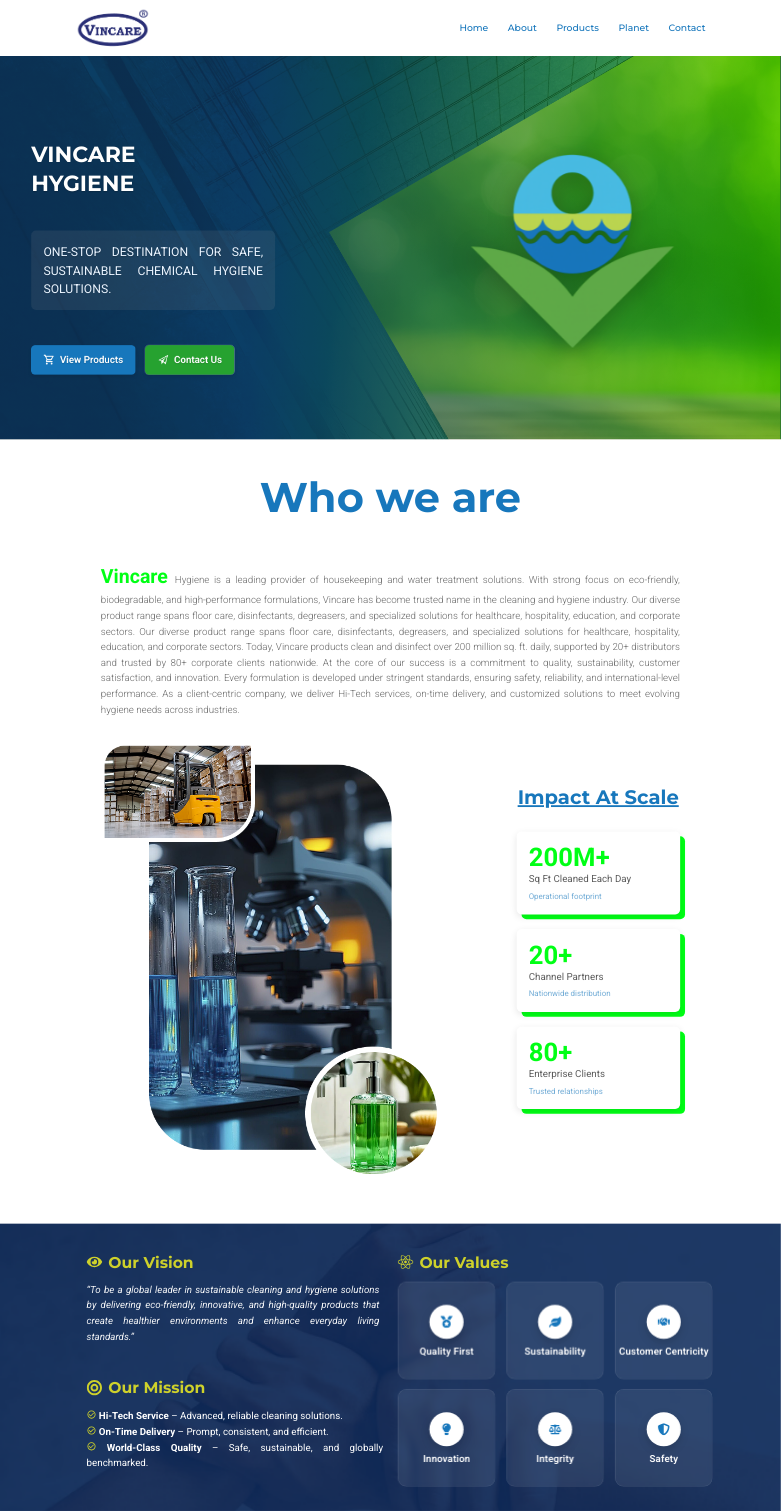
Repository: Yeshwanth-189/vincare
Page: / (app in vincare-frontend/)
An editor plug-in stored every save of this project. The page is shown before and after the next save, followed by the edit.
The browser window is 1280 px wide. The pictures show the whole page, at 61% of full size.
The project was rebuilt for these pictures with package versions that can differ from the ones it lists, and the page was loaded fresh each time. Also part of the build but not shown: vincare-frontend/vite.config.js.

Above is the page before, as saved 2025-09-20 18:49:32.

### vincare-frontend/index.html
<!DOCTYPE html>
<html lang="en">
  <head>
    <meta charset="UTF-8" />
    <link rel="preconnect" href="https://fonts.googleapis.com" />
    <link rel="preconnect" href="https://fonts.gstatic.com" crossorigin />
    <link rel="icon" type="image/svg+xml" href="/Vincare-Logo.png" />
    <link
      href="https://fonts.googleapis.com/css2?family=Lato:ital,wght@0,100;0,300;0,400;0,700;0,900;1,100;1,300;1,400;1,700;1,900&family=Montserrat:ital,wght@0,100..900;1,100..900&family=Roboto:ital,wght@0,100..900;1,100..900&display=swap"
      rel="stylesheet"
    />
    <meta name="viewport" content="width=device-width, initial-scale=1.0" />
    <title>Vincare Hygiene</title>
  </head>
  <body>
    <div id="root"></div>
    <script type="module" src="/src/main.jsx"></script>
  </body>
</html>

### vincare-frontend/src/App.jsx
import "./App.css";
import Vincare from "./components/Vincare";
import { BrowserRouter as Router, Routes, Route } from "react-router-dom";

function App() {
  return (
    <>
      <Router>
        <Routes>
          <Route path="/" element={<Vincare />} />
        </Routes>
      </Router>
    </>
  );
}

export default App;

### vincare-frontend/src/App.css
:root {
  /* Brand Colors */
  --color-primary: #1777bc; /* Dark Navy Blue */
  --color-secondary: rgb(0, 255, 21); /* Professional Light Blue */

  /* Backgrounds */
  --color-bg: #ffffff;
  --color-bg-light: #f5f5f5;

  /* Neutral Grays */
  --color-gray-dark: #333333;
  --color-gray-mid: #666666;
  --color-gray-light: #f5f5f5;

  /* Status Colors */
  --color-success: #2e7d32;
  --color-warning: #ed6c02;
  --color-error: #d32f2f;

  /* Typography */
  --font-heading: "Montserrat", serif;
  --font-body: "Roboto", sans-serif;

  /* Font Sizes (scalable for responsive design) */
  --text-h1: 2.5rem;
  --text-h2: 2rem;
  --text-h3: 1.5rem;
  --text-body: 1rem;
  --text-small: 0.875rem;

  /* Spacing (consistent padding/margin system) */
  --space-xs: 4px;
  --space-sm: 8px;
  --space-md: 16px;
  --space-lg: 24px;
  --space-xl: 32px;

  /* Border Radius */
  --radius-sm: 4px;
  --radius-md: 8px;
  --radius-lg: 16px;

  /* Shadows */
  --shadow-sm: 0 1px 2px rgba(0, 0, 0, 0.05);
  --shadow-md: 0 4px 6px rgba(0, 0, 0, 0.1);
  --shadow-lg: 0 10px 15px rgba(0, 0, 0, 0.15);
}

html,
body {
  margin: 0;
  padding: 0;
}
* {
  box-sizing: border-box;
}
/* Base Typography */
body {
  font-family: var(--font-body);
  font-size: var(--text-body);
  color: var(--color-gray-dark);
  background-color: var(--color-bg);
  margin: 0;
  padding: 0;
}

h1,
h2,
h3,
h4,
h5,
h6 {
  font-family: var(--font-heading);
  color: var(--color-primary);
  margin: 0 0 var(--space-md);
}

p {
  margin: 0 0 var(--space-md);
  color: var(--color-gray-mid);
}

### vincare-frontend/src/components/Vincare.jsx
import React from "react";
import NavBar from "../components/Navbar";
import Hero from "../components/Hero";
import About from "../components/About";
// import Services from "../components/Services";
// import Projects from "../components/Projects";
// import Courses from "../components/Courses";
// import Blogs from "../components/Blogs";
// import Contact from "../components/Contact";
// import Footer from "../components/Footer";

function Vincare() {
  return (
    <>
      <NavBar />
      <section id="home">
        <Hero />
      </section>
      <section id="about">
        <About />
      </section>
      {/* <section id="services">
        <Services />
      </section>
      <section id="courses">
        <Courses />
      </section>
      <section id="projects">
        <Projects />
      </section>
      <section id="blogs">
        <Blogs />
      </section>
      <section id="contact">
        <Contact />
      </section>
      <Footer /> */}
    </>
  );
}

export default Vincare;

### vincare-frontend/src/components/Navbar.jsx
import React, { useState } from "react";
import { Link as ScrollLink } from "react-scroll";
import "../styles/Navbar.css";
import VincareLogo from "../assets/Vincare-Logo.png";
import VincareWordLogo from "../assets/Vincare-Word-Logo.png";

function Navbar() {
  const [isOpen, setIsOpen] = useState(false);

  return (
    <nav className="navbar">
      <div className="navbar-grid">
        <div className="col-1" />

        <div className="col-2to11 navbar-content">
          <div className="navbar-logo">
            <img
              alt="logo"
              className="navbar-word-logo-image"
              src={VincareWordLogo}
            />
            <div className="hamburger" onClick={() => setIsOpen(!isOpen)}>
              <span className={isOpen ? "bar rotate-top" : "bar"}></span>
              <span className={isOpen ? "bar fade" : "bar"}></span>
              <span className={isOpen ? "bar rotate-bottom" : "bar"}></span>
            </div>
          </div>

          {/* Smooth Scrolling Links */}
          <div className={`navbar-links ${isOpen ? "open" : ""}`}>
            <ScrollLink
              to="home"
              smooth={true}
              duration={700}
              onClick={() => setIsOpen(false)}
            >
              Home
            </ScrollLink>
            <ScrollLink
              to="about"
              smooth={true}
              duration={700}
              onClick={() => setIsOpen(false)}
            >
              About
            </ScrollLink>
            <ScrollLink
              to="services"
              smooth={true}
              duration={700}
              onClick={() => setIsOpen(false)}
            >
              Products
            </ScrollLink>
            <ScrollLink
              to="courses"
              smooth={true}
              duration={700}
              onClick={() => setIsOpen(false)}
            >
              Planet
            </ScrollLink>
            <ScrollLink
              to="contact"
              smooth={true}
              duration={700}
              onClick={() => setIsOpen(false)}
            >
              Contact
            </ScrollLink>
          </div>
        </div>

        <div className="col-12" />
      </div>
    </nav>
  );
}

export default Navbar;

### vincare-frontend/src/components/Hero.jsx
import React from "react";
// eslint-disable-next-line no-unused-vars
import { motion } from "framer-motion";
import "../styles/hero.css";
import HeroBg from "../assets/hero-of-bg.png";
import SideImage from "../assets/Vincare-Logo.png";
import { IoMdPaperPlane } from "react-icons/io";
import { MdOutlineShoppingCart } from "react-icons/md";

/**
 * Props:
 * - title       (string)
 * - subtitle    (string)
 * - text        (string)
 * - primaryCta  ({ label: string, onClick?: fn, href?: string })
 * - secondaryCta({ label: string, onClick?: fn, href?: string })
 * - bgImage     (string) // URL for hero background image
 */
export default function Hero({
  title = "VINCARE",
  subtitle = "HYGIENE",
  text = "ONE-STOP DESTINATION FOR SAFE, SUSTAINABLE CHEMICAL HYGIENE SOLUTIONS.",
  primaryCta = { label: "View Products", href: "#" },
  secondaryCta = { label: "Contact Us", href: "#" },
  bgImage = HeroBg,
  sideImage = SideImage,
}) {
  // animation variants
  const container = {
    hidden: { opacity: 0 },
    show: {
      opacity: 1,
      transition: { staggerChildren: 0.12, delayChildren: 0.15 },
    },
  };

  const riseUp = {
    hidden: { opacity: 0, y: 24 },
    show: {
      opacity: 1,
      y: 0,
      transition: { type: "spring", stiffness: 90, damping: 14 },
    },
  };

  const slideIn = {
    hidden: { opacity: 0, x: -24 },
    show: {
      opacity: 1,
      x: 0,
      transition: { type: "spring", stiffness: 90, damping: 16 },
    },
  };

  const fadeIn = {
    hidden: { opacity: 0 },
    show: { opacity: 1, transition: { duration: 0.35 } },
  };

  return (
    <section
      className="hero"
      style={{ ["--hero-bg-image"]: `url(${bgImage})` }}
      aria-label="Intro"
    >
      <div className="hero__inner">
        {/* Column 1 & 12 are gutters by layout rules in CSS */}
        <motion.div
          className="hero__content"
          variants={container}
          initial="hidden"
          animate="show"
        >
          <motion.h1 className="hero__title" variants={riseUp}>
            {title}
          </motion.h1>

          <motion.h1 className="hero__title" variants={fadeIn}>
            {subtitle}
          </motion.h1>

          <motion.p className="hero__text" variants={slideIn}>
            {text}
          </motion.p>

          <motion.div className="hero__actions" variants={fadeIn}>
            {primaryCta?.href ? (
              <a className="btn btn--primary" href={primaryCta.href}>
                <MdOutlineShoppingCart className="btn__icon" />
                {primaryCta.label}
              </a>
            ) : (
              <button
                className="btn btn--primary"
                onClick={primaryCta?.onClick}
              >
                <MdOutlineShoppingCart className="btn__icon" />
                {primaryCta.label}
              </button>
            )}

            {secondaryCta?.href ? (
              <a className="btn btn--ghost" href={secondaryCta.href}>
                <IoMdPaperPlane className="btn__icon" />
                {secondaryCta.label}
              </a>
            ) : (
              <button
                className="btn btn--ghost"
                onClick={secondaryCta?.onClick}
              >
                <IoMdPaperPlane className="btn__icon" />
                {secondaryCta.label}
              </button>
            )}
          </motion.div>
        </motion.div>
        <motion.div className="hero__visual">
          <motion.img
            src={sideImage}
            alt="Illustration"
            className="hero__visual-img"
            initial={{ rotateY: 0 }}
            animate={{ rotateY: 1080 }}
            transition={{ duration: 1.2, ease: "easeOut" }}
          />
        </motion.div>
      </div>
    </section>
  );
}

### vincare-frontend/src/styles/Navbar.css
.navbar {
  position: fixed;
  width: 100%;
  background-color: var(--color-bg);
  z-index: 999;
  padding: 1% 0 1%;
}

.navbar-grid {
  display: grid;
  grid-template-columns: repeat(12, 1fr);
  align-items: center;
  max-width: 1400px;
  margin: 0 auto;
  padding: 0 20px;
}

.col-1 {
  grid-column: 1 / 2;
}

.col-2to11 {
  grid-column: 2 / 12;
  display: flex;
  justify-content: space-between;
  align-items: center;
}

.col-12 {
  display: none;
}

/* Left: Logo */
.navbar-logo {
  font-family: "Montserrat", serif;
  font-size: 1.3rem;
  color: var(--color-primary);
  display: flex;
  justify-content: flex-start;
  align-items: flex-start;
  width: 100%;
}

.navbar-logo-image {
  width: 8%;
}
.navbar-word-logo-image {
  width: 20%;
}
.primary {
  color: #0a2540;
}

.secondary {
  color: #51ba31;
}

/* Right: Links */
.navbar-links {
  display: flex;
  gap: 32px;
  font-family: "Montserrat", serif;
  font-size: 0.95rem;
}

.navbar-links a {
  color: var(--color-primary);
  text-decoration: none;
  transition: color 0.3s ease;
  position: relative;
}

.navbar-links a:hover {
  color: var(--color-secondary);
  cursor: pointer;
}

.navbar-links a::after {
  content: "";
  display: block;
  height: 2px;
  width: 0;
  background-color: var(--color-secondary);
  transition: width 0.3s ease;
  position: absolute;
  bottom: -4px;
  left: 0;
}

.navbar-links a:hover::after {
  width: 100%;
}
.hamburger {
  display: none;
  flex-direction: column;
  justify-content: center;
  align-items: flex-end;
  gap: 5px;
  margin-left: auto;
  cursor: pointer;
  z-index: 1000;
}

.bar {
  width: 22px;
  height: 3px;
  background-color: #0a2540;
  transition: all 0.3s ease;
}

.rotate-top {
  transform: rotate(45deg) translateY(8px);
}

.fade {
  opacity: 0;
}

.rotate-bottom {
  transform: rotate(-45deg) translateY(-8px);
}

/* Responsive */
@media screen and (max-width: 768px) {
  .navbar-grid {
    grid-template-columns: 1fr;
  }

  .col-2to11 {
    flex-direction: column;
    gap: 14px;
    grid-column: span 12;
  }

  .navbar-logo {
    font-size: 1.1rem;
  }

  .navbar-logo-image {
    width: 10%;
    padding-top: 3%;
  }

  .navbar-word-logo-image {
    width: 20%;
    padding-top: 3%;
    padding-bottom: 3%;
  }

  .navbar-links {
    flex-direction: column;
    gap: 12px;
  }
  @media screen and (max-width: 768px) {
    .hamburger {
      margin-top: 5%;
      display: flex;
    }
    .navbar {
      top: 0;
      border-bottom: 1px solid #0a2540;
    }

    .navbar-links {
      display: none;
      flex-direction: column;
      gap: 16px;
      margin-top: 1rem;
      width: 100%;
    }

    .navbar-links.open {
      display: flex;
      animation: fadeIn 0.3s ease-in-out;
    }
  }

  @keyframes fadeIn {
    from {
      opacity: 0;
      transform: translateY(-10px);
    }
    to {
      opacity: 1;
      transform: translateY(0);
    }
  }
}

### vincare-frontend/src/styles/Hero.css
.hero {
  /* Full width + viewport height hero */
  position: relative;
  width: 100%;
  min-height: clamp(720px, 70vh, 860px);
  display: grid;
  align-items: center;
  padding-top: 10%;

  /* Layered background: gradient + full-cover image */
  --gradient: linear-gradient(
    90deg,
    #134e89a5 32%,
    rgba(30, 255, 0, 0.449) 99%
  );
  --bg-image: var(--hero-bg-image, url(""));

  background-image: var(--gradient), var(--bg-image);
  background-size: cover, cover;
  background-position: center, center;
  background-repeat: no-repeat, no-repeat;
  /* A subtle dark overlay for legibility (tweak if needed) */
  box-shadow: inset 0 0 0 100vmax rgba(0, 0, 0, 0.12);
  overflow: hidden;
}

/* 12-column grid container inside the hero */
.hero__inner {
  width: min(1200px, 92vw);
  margin-inline: auto;
  display: grid;
  grid-template-columns: repeat(12, minmax(0, 1fr));
  column-gap: 16px;
  row-gap: 16px;
  padding: clamp(24px, 4vw, 48px) 0;
}

/* Content from columns 2–7 (1 and 12 are gutters) */
.hero__content {
  grid-column: 1 / 7; /* spans columns 2..7 inclusive */
  color: #fff; /* ensure readability over image/gradient */
  text-shadow: 0 1px 2px rgba(0, 0, 0, 0.2);
}

.hero__visual {
  grid-column: 8 / 12; /* spans 8,9,10,11 */
  display: grid;
  align-items: center;
  justify-items: center;
  padding: 8px;
}

.hero__visual-img {
  width: 100%;
  height: auto;
  object-fit: contain; /* no cropping */
  filter: drop-shadow(0 10px 20px rgba(0, 0, 0, 0.25));
  user-select: none;
  pointer-events: none;
}

.hero__title {
  font-family: var(--font-heading);
  font-size: clamp(2rem, 3.5vw + 0.5rem, 2.25rem);
  line-height: 1.1;
  margin: 0 0 var(--space-sm);
  color: #fff; /* override heading default color for contrast */
}

.hero__text {
  display: block; /* Make it a block element */
  max-width: 400px; /* Control width so it forms a block */
  margin: 10% 0% 10% 0%; /* Center horizontally with auto */
  padding: 20px; /* Add spacing inside */
  font-family: "Roboto", sans-serif; /* Use a clean, readable font */
  font-size: clamp(1rem, 2.5vw + 0.5rem, 1.25rem);
  background: rgba(
    154,
    154,
    154,
    0.126
  ); /* Optional background to see the block */
  color: #eaf4ff;
  text-align: justify; /* Justify text */
  border-radius: 8px; /* Optional rounded edges */
}
/* Actions (two buttons) */
.hero__actions {
  display: flex;
  gap: var(--space-md);
  flex-wrap: wrap;
}

.btn {
  appearance: none;
  border: 0;
  cursor: pointer;
  font: inherit;
  padding: 12px 18px;
  border-radius: 5px;
  box-shadow: var(--shadow-md);
  transition: transform 180ms ease, box-shadow 180ms ease, opacity 180ms ease;
  text-decoration: none;
  justify-content: center;
  will-change: transform;
  display: inline-flex; /* Align icon + text */
  align-items: center;
  gap: 8px; /* space between icon and text */
  padding: 0.75rem 1.25rem;
  border-radius: 6px;
  font-weight: 600;
  cursor: pointer;
  text-decoration: none;
}

.btn__icon {
  font-size: 1.2em; /* Adjust size */
}

.btn:hover {
  transform: translateY(-1px);
  box-shadow: var(--shadow-lg);
  border: 1px solid rgb(255, 255, 255);
  color: #fff;
}

.btn:active {
  transform: translateY(0);
  box-shadow: var(--shadow-sm);
}

.btn--primary {
  background: var(--color-primary);
  color: #fff;
}

.btn--ghost {
  background: rgb(38, 162, 48);
  color: #fff;
  outline: 1px solid rgba(255, 255, 255, 0.25);
}

/* ------- Responsive ------- */
@media (max-width: 900px) {
  .hero__content {
    grid-column: 2 / 12; /* let content breathe on medium screens */
  }
}

@media (max-width: 640px) {
  .hero__inner {
    width: 92vw;
    grid-template-columns: repeat(12, minmax(0, 1fr));
    row-gap: 12px;
    padding-top: 10%;
  }

  .hero__text {
    font-size: clamp(0.75rem, 1.5vw + 0.5rem, 1.75rem);
  }

  .hero__content {
    grid-column: 2 / 12; /* gutters stay, content fills */
  }

  .hero {
    min-height: 70vh;
  }

  .hero__actions .btn {
    width: 100%;
    justify-content: center;
  }
}

Loaded but not shown: vincare-frontend/src/main.jsx (common file); vincare-frontend/src/index.css (common file); vincare-frontend/src/components/About.jsx (277 lines, source omitted); vincare-frontend/src/styles/About.css (396 lines, source omitted)

After the next save:
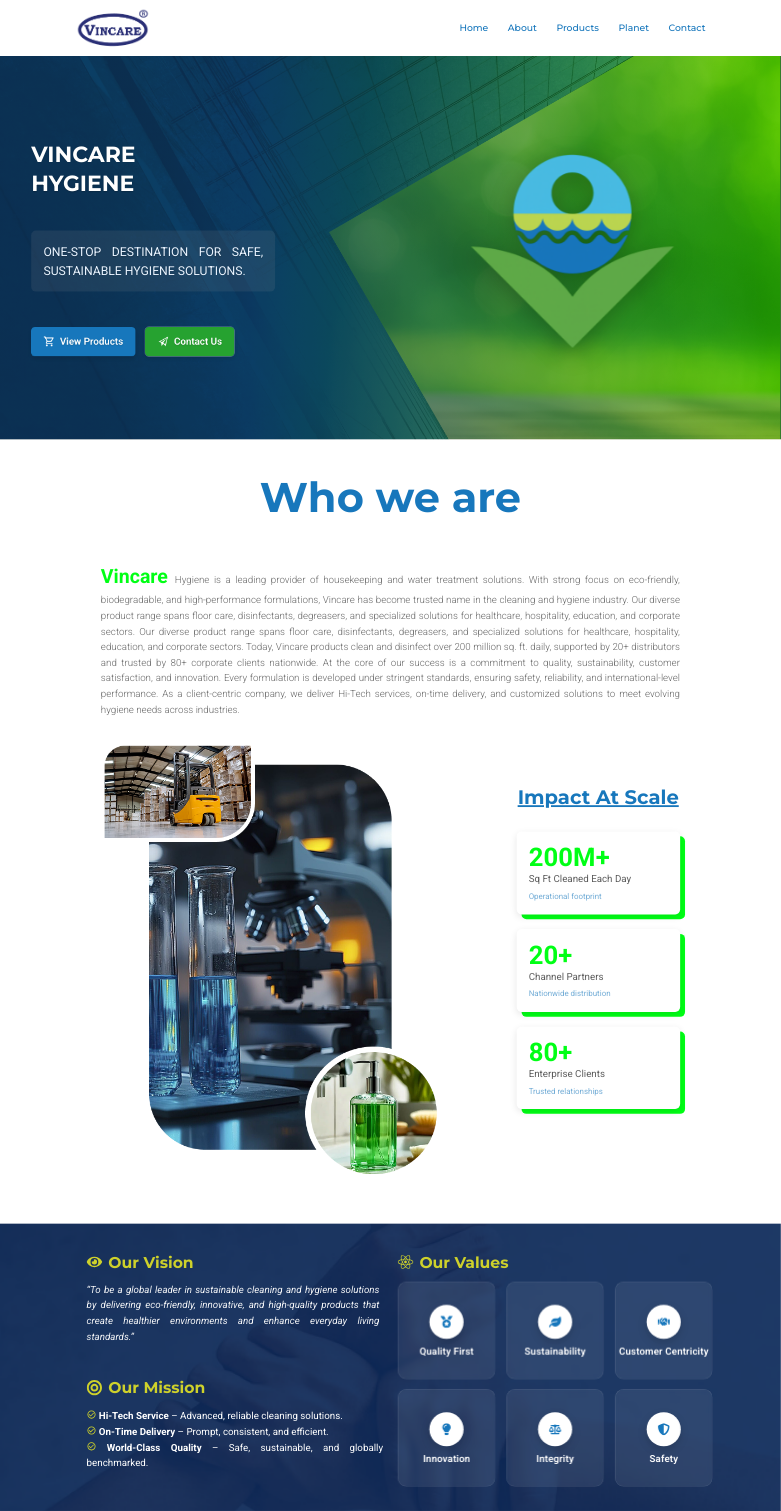
Saved 29 s later.
--- a/vincare-frontend/src/components/Hero.jsx
+++ b/vincare-frontend/src/components/Hero.jsx
@@ -19,7 +19,7 @@
 export default function Hero({
   title = "VINCARE",
   subtitle = "HYGIENE",
-  text = "ONE-STOP DESTINATION FOR SAFE, SUSTAINABLE CHEMICAL HYGIENE SOLUTIONS.",
+  text = "ONE-STOP DESTINATION FOR SAFE, SUSTAINABLE HYGIENE SOLUTIONS.",
   primaryCta = { label: "View Products", href: "#" },
   secondaryCta = { label: "Contact Us", href: "#" },
   bgImage = HeroBg,
